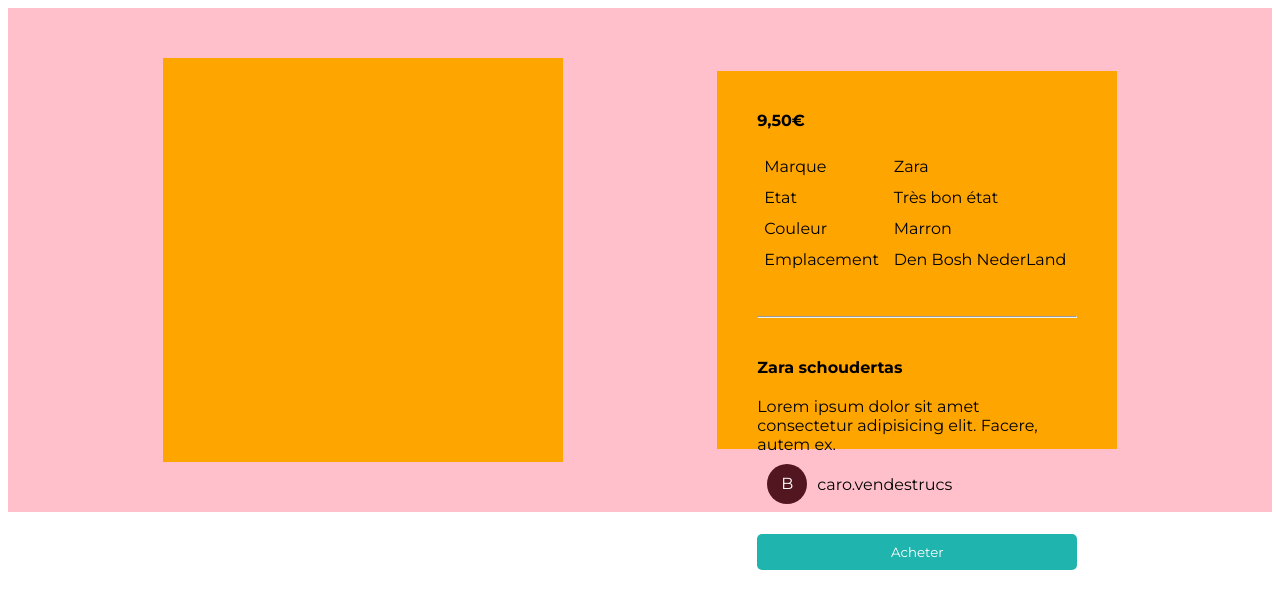
Repository: mel-in-a/vinted-front-clone
Page: html/offer.html
An editor plug-in stored every save of this project. The page is shown before and after the next save, followed by the edit.
The browser window is 1280 px wide. The pictures show the whole page.

Above is the page before, as saved 2021-07-29 16:54:23.

### html/offer.html
<!DOCTYPE html>
<html lang="en">
  <head>
    <meta charset="UTF-8" />
    <meta http-equiv="X-UA-Compatible" content="IE=edge" />
    <meta name="viewport" content="width=device-width, initial-scale=1.0" />
    <link rel="preconnect" href="https://fonts.googleapis.com" />
    <link rel="preconnect" href="https://fonts.gstatic.com" crossorigin />
    <link
      href="https://fonts.googleapis.com/css2?family=Montserrat:wght@100;200;300;400;500;600;700;800;900&display=swap"
      rel="stylesheet"
    />
    <link rel="stylesheet" href="/offer.css" />
    <title>Document</title>
  </head>
  <body>
    <div class="offer">
      <div class="left"></div>
      <div class="right">
        <div class="price">9,50€</div>

        <table>
          <tr>
            <td>Marque</td>
            <td>Zara</td>
          </tr>
          <tr>
            <td>Etat</td>
            <td>Très bon état</td>
          </tr>
          <tr>
            <td>Couleur</td>
            <td>Marron</td>
          </tr>
          <tr>
            <td>Emplacement</td>
            <td>Den Bosh NederLand</td>
          </tr>
        </table>

        <hr />
        <div class="title">Zara schoudertas</div>
        <div class="description">
          Lorem ipsum dolor sit amet consectetur adipisicing elit. Facere, autem
          ex.
        </div>
        <div class="horizontal">
          <div class="avatar">B</div>
          <div class="username">caro.vendestrucs</div>
        </div>

        <button class="btn-buy">Acheter</button>
      </div>
    </div>
  </body>
</html>

### html/offer.css
* {
  font-family: "Montserrat", sans-serif;
}
.offer {
  width: 100%;
  display: flex;
  background-color: pink;
  height: 70vh;
  justify-content: space-evenly;
  align-items: center;
  flex-shrink: 0;
}

.offer .left,
.offer .right {
  width: 400px;
  background-color: orange;
}
.offer .left {
  height: 80%;
}
.offer .right {
  height: 75%;
  padding: 40px;
  box-sizing: border-box;
}

.offer .horizontal {
  display: flex;
  flex-direction: row;
  /* justify-content: space-between; */
  align-items: center;
}

.offer table {
  width: 100%;
}

.offer td {
  padding: 5px;
}
.offer hr {
  margin: 40px 0;
}

.offer .title {
  font-weight: 700;
  margin-bottom: 20px;
}

.offer .price {
  font-weight: 700;
  margin-bottom: 20px;
}

.offer .avatar {
  width: 40px;
  height: 40px;
  border-radius: 50%;
  margin: 10px;
  background-color: rgb(82, 22, 32);
  text-align: center;

  color: white;
  vertical-align: middle;
  line-height: 40px;
}

.offer .btn-buy {
    margin-top: 20px;
    border-radius:5px;
    background-color: rgb(31, 180, 173);
    width:100%;
    padding: 10px;
    border: none;
    color: white;

}

After the next save:
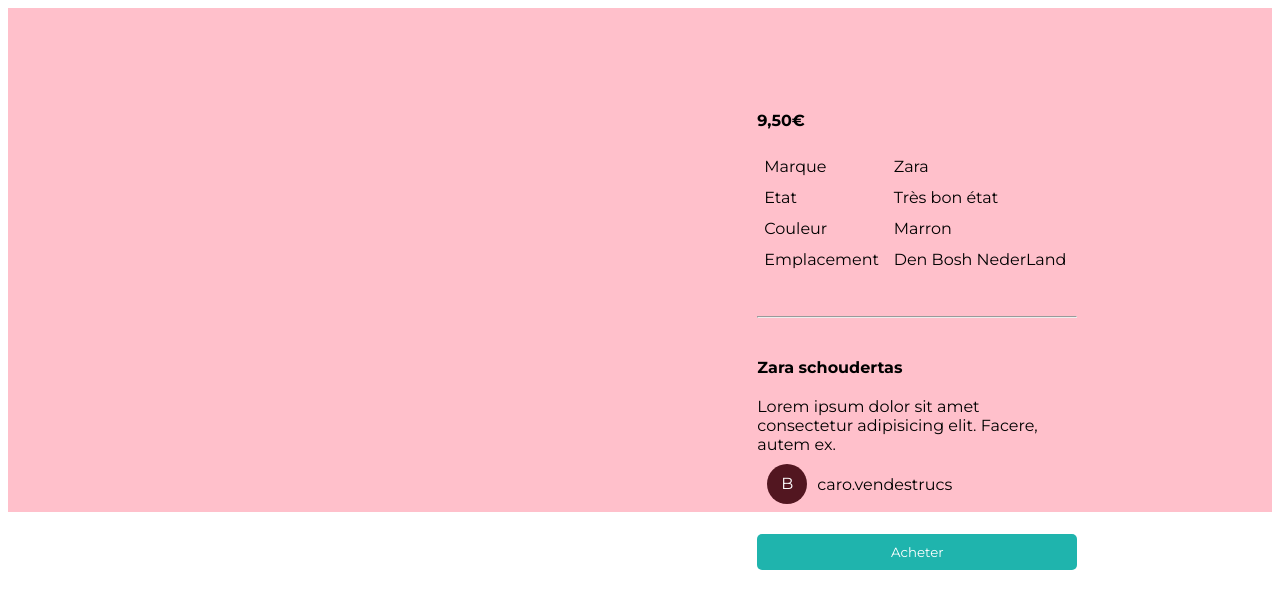
Saved 11 s later.
--- a/html/offer.css
+++ b/html/offer.css
@@ -14,7 +14,7 @@
 .offer .left,
 .offer .right {
   width: 400px;
-  background-color: orange;
+  /* background-color: orange; */
 }
 .offer .left {
   height: 80%;

After the save that followed:
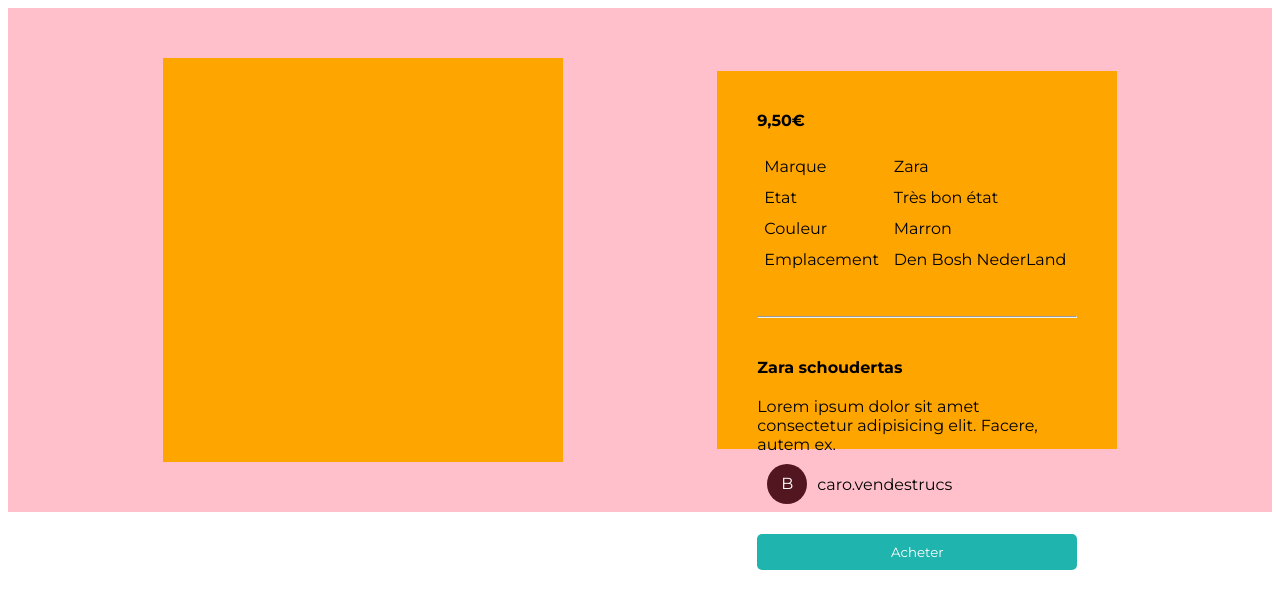
Saved 6 s later.
--- a/html/offer.css
+++ b/html/offer.css
@@ -14,7 +14,7 @@
 .offer .left,
 .offer .right {
   width: 400px;
-  /* background-color: orange; */
+  background-color: orange;
 }
 .offer .left {
   height: 80%;
